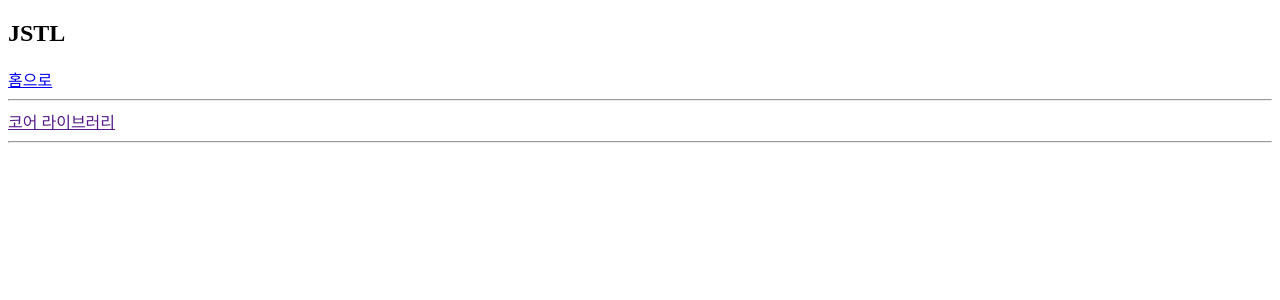
Repository: hyewoon/web
Page: http://localhost/servlet04/jstl/index.jsp
An editor plug-in stored every save of this project. The page is shown before and after the next save, followed by the edit.
The browser window is 1280 px wide. The pictures show the whole page.
The page is served by Tomcat 9. Other server files are loaded and not shown.

Above is the page before, as saved 2022-11-17 07:29:49.

### servlet04/src/main/webapp/jstl/index.jsp
<%@ page language="java" contentType="text/html; charset=UTF-8"
    pageEncoding="UTF-8"%>
<!DOCTYPE html>
<html>
<head>
<meta charset="UTF-8">
<title>Insert title here</title>
</head>
<body>
<h2>JSTL</h2>
<div><a href = '../'>홈으로</a></div>

<hr>
<div><a href = ''>코어 라이브러리</a></div>
<hr>
</body>
</html>

After the next save:
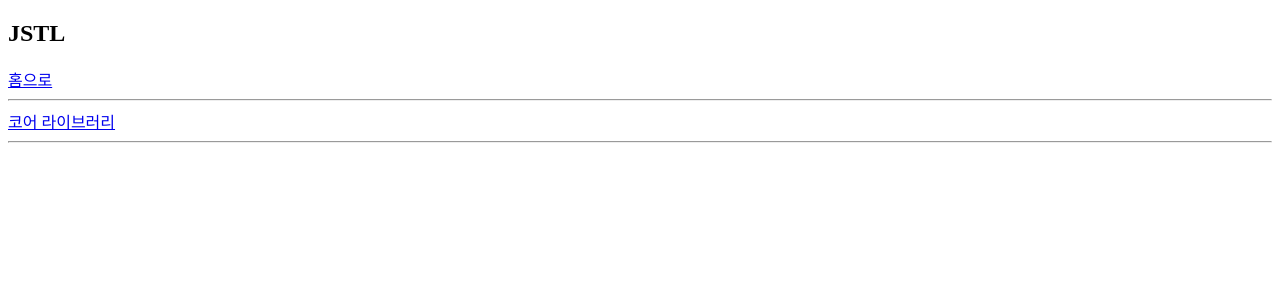
Saved 8 s later.
--- a/servlet04/src/main/webapp/jstl/index.jsp
+++ b/servlet04/src/main/webapp/jstl/index.jsp
@@ -11,7 +11,7 @@
 <div><a href = '../'>홈으로</a></div>
 
 <hr>
-<div><a href = ''>코어 라이브러리</a></div>
+<div><a href = 'core.jsp'>코어 라이브러리</a></div>
 <hr>
 </body>
 </html>
